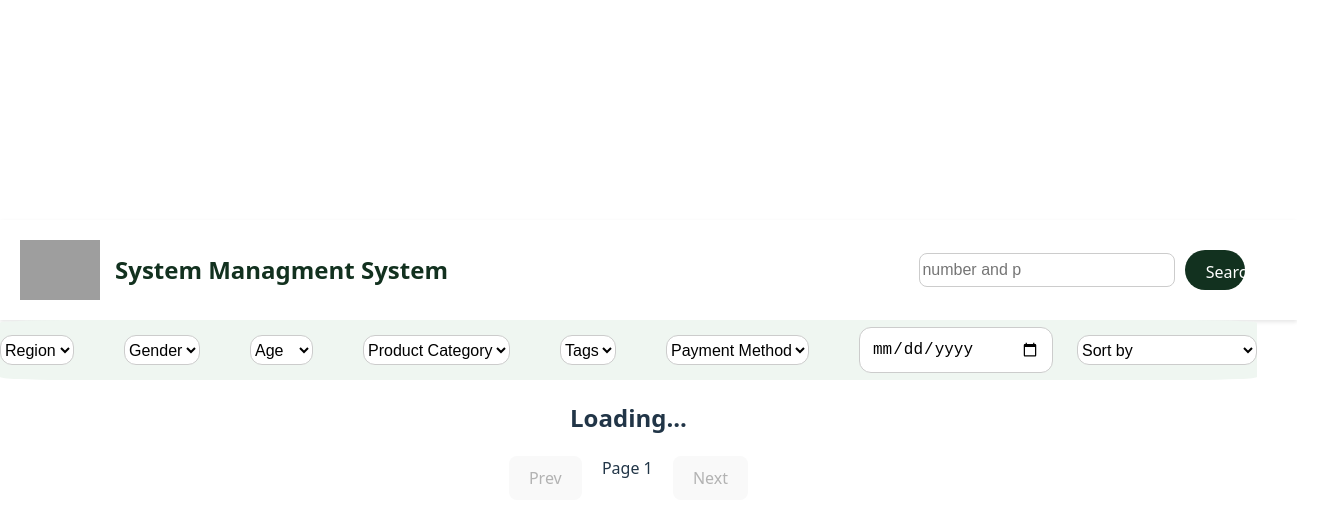
Repository: SandeepYadav18717/TruEstae
Page: / (app in TruEstae/)
These files come from the project's save history. The page is drawn as it stood at one moment and after a run of saves; the edit follows.
The browser window is 1280 px wide. The page is 1297 px wide, then 1320 px, so the pictures cover 1320 px, including what lies to the right of the window. The pictures show the whole page.
Pictures or frames that could not be fetched are drawn as grey boxes. The page's requests for data from a server got no answer. The project was rebuilt for these pictures with package versions that can differ from the ones it lists, and the page was loaded fresh each time. No one was signed in, and anything a server would have sent is missing. Also part of the build but not shown: TruEstae/vite.config.js, TruEstae/src/App.css.

Above is the page before, as saved 2025-12-09 04:17:05.

After the next 2 saves:
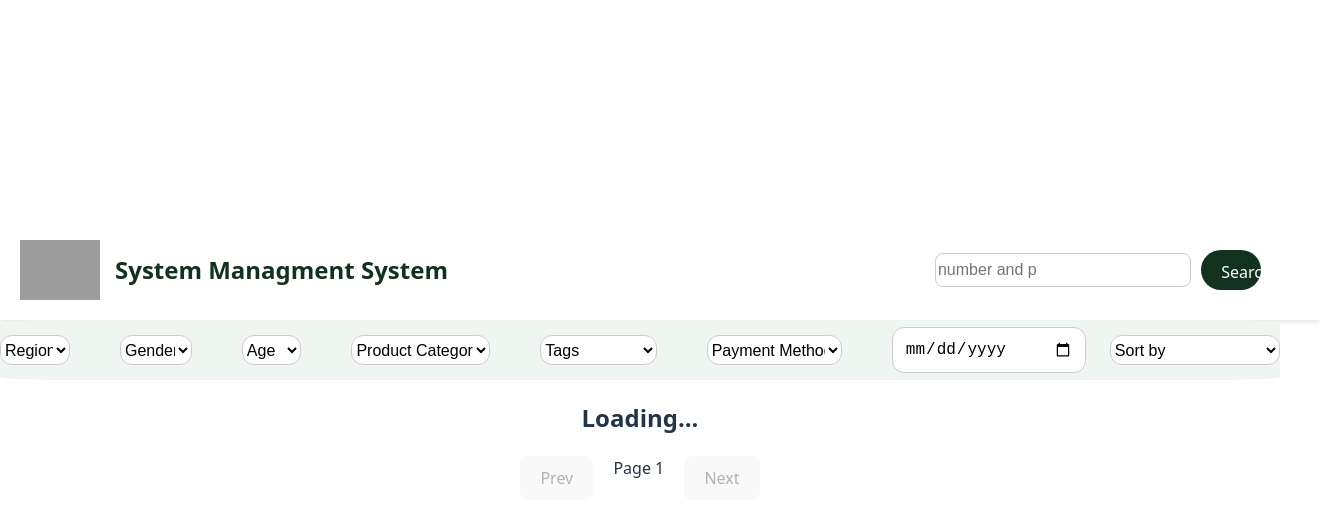
The 2 saves are shown as one change because they came seconds apart.
The last was saved 2 min 33 s later.
--- a/TruEstae/src/Pages/Home.jsx
+++ b/TruEstae/src/Pages/Home.jsx
@@ -93,11 +93,25 @@ function Home() {
         </div>
 
         <div id="Tags">
-          <select id="tags" onChange={Page}>
-            <option hidden>Tags</option>
+  <select id="tags" onChange={Page}>
+    <option hidden>Tags</option>
 
-          </select>
-        </div>
+    <option value="skincare">skincare</option>
+    <option value="beauty">beauty</option>
+    <option value="fashion">fashion</option>
+    <option value="organic">organic</option>
+    <option value="fragrance-free">fragrance-free</option>
+    <option value="portable">portable</option>
+    <option value="smart">smart</option>
+    <option value="gadgets">gadgets</option>
+    <option value="makeup">makeup</option>
+    <option value="accessories">accessories</option>
+    <option value="cotton">cotton</option>
+    <option value="unisex">unisex</option>
+    <option value="formal">formal</option>
+  </select>
+</div>
+
 
         <div id="Payment_Method">
           <select id="payment" onChange={Page}>
